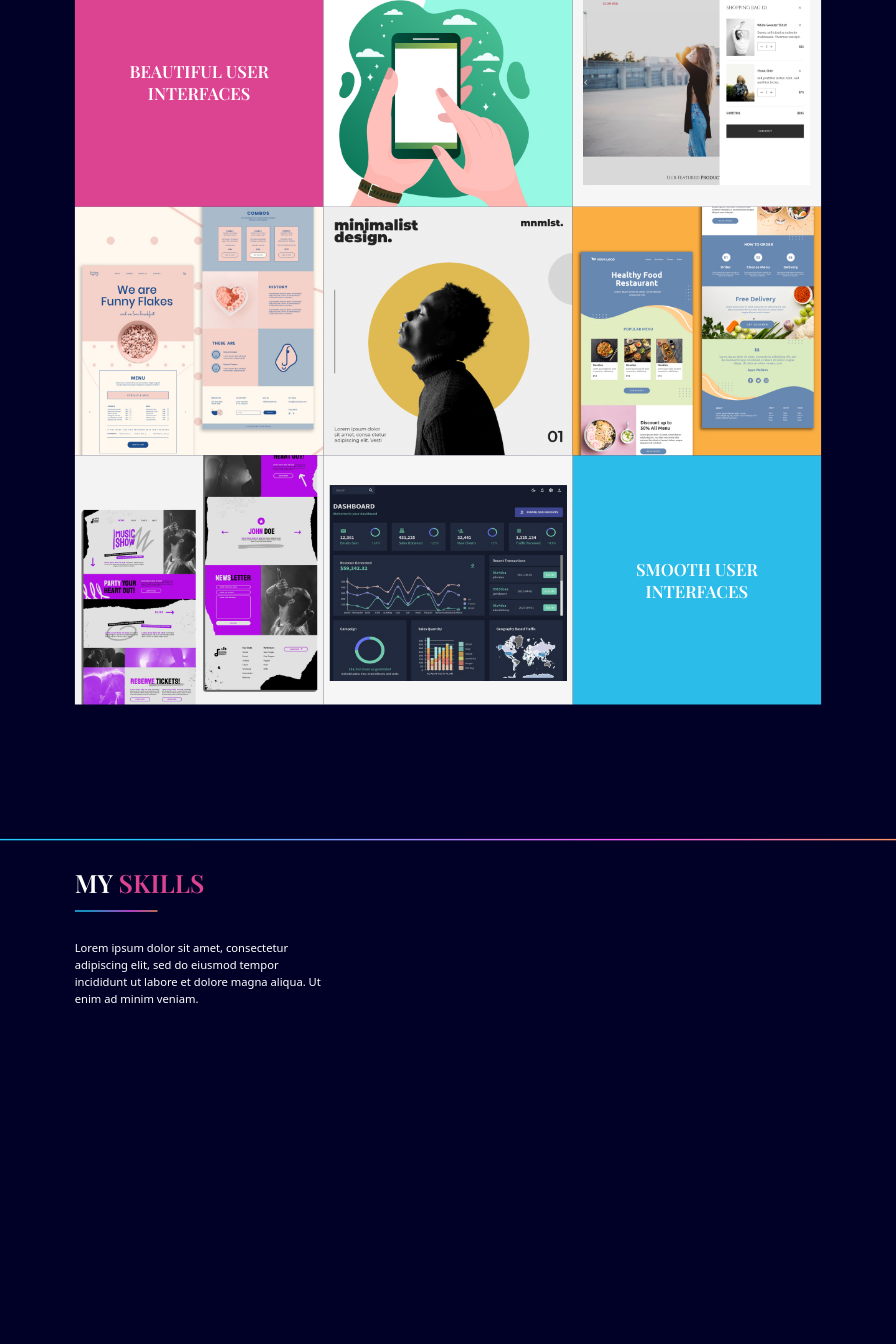
Repository: thibaultNicolas/portfolio-react
Page: /
An editor plug-in stored every save of this project. The page is shown before and after a run of saves, followed by the edit.
The browser window is 1280 px wide. The pictures show the part of the page from y = 2039 to 3959 px (the page is 3959 px tall), at 70% of full size.
The project was rebuilt for these pictures with package versions that can differ from the ones it lists, and the page was loaded fresh each time. Also part of the build but not shown: next.config.ts.

Above is the page before, as saved 2023-01-08 11:58:09.

### public/index.html
<!DOCTYPE html>
<html lang="en">

<head>
  <meta charset="utf-8" />
  <link rel="icon" href="%PUBLIC_URL%/favicon.ico" />
  <meta name="viewport" content="width=device-width, initial-scale=1" />
  <meta name="theme-color" content="#000000" />
  <meta name="description" content="Web site created using create-react-app" />
  <link rel="apple-touch-icon" href="%PUBLIC_URL%/logo192.png" />
  <!--
      manifest.json provides metadata used when your web app is installed on a
      user's mobile device or desktop. See https://developers.google.com/web/fundamentals/web-app-manifest/
    -->
  <link rel="manifest" href="%PUBLIC_URL%/manifest.json" />
  <!--
      Notice the use of %PUBLIC_URL% in the tags above.
      It will be replaced with the URL of the `public` folder during the build.
      Only files inside the `public` folder can be referenced from the HTML.

      Unlike "/favicon.ico" or "favicon.ico", "%PUBLIC_URL%/favicon.ico" will
      work correctly both with client-side routing and a non-root public URL.
      Learn how to configure a non-root public URL by running `npm run build`.
    -->
  <title>React App</title>
  <link href="/public/output.css" rel="stylesheet">
</head>

<body>
  <noscript>You need to enable JavaScript to run this app.</noscript>
  <div id="root"></div>
  <!--
      This HTML file is a template.
      If you open it directly in the browser, you will see an empty page.

      You can add webfonts, meta tags, or analytics to this file.
      The build step will place the bundled scripts into the <body> tag.

      To begin the development, run `npm start` or `yarn start`.
      To create a production bundle, use `npm run build` or `yarn build`.
    -->
</body>

</html>

### src/index.css
@import url('https://fonts.googleapis.com/css2?family=Open+Sans:wght@400;600&family=Playfair+Display:wght@400;600&display=swap');

@tailwind base;
@tailwind components;
@tailwind utilities;

html,
body,
#root,
.app{
    height: 100%;
    background-color: #010026;
    @apply text-white;
}

### src/scenes/Navbar.jsx
import { useState } from 'react';
import AnchorLink from 'react-anchor-link-smooth-scroll';
import useMediaQuery from '../hooks/useMediaQuery';

const Link = ({ page, selectedPage, setSelectedPage }) => {
    const lowerCasePage = page.toLowerCase();
    return (
        <AnchorLink
            className={`${selectedPage === lowerCasePage ? 'text-yellow' : ''}
            hover:text-yellow transition duration-500`}
            href={`#${lowerCasePage}`}
            onClick={() => setSelectedPage(lowerCasePage)}
        >
            {page}
        </AnchorLink>
    );
};

const Navbar = ({ isTopOfPage, selectedPage, setSelectedPage }) => {
    const [isMenuToggled, setIsMenuToggled] = useState(false);
    const isAboveSmallScreens = useMediaQuery('(min-width:768px)');
    const navbarBackground = isTopOfPage ? "" : "bg-red";

    return (
        <nav className={`${navbarBackground} z-40 w-full fixed top-0 py-6`}>
            <div className="flex items-center justify-between mx-auto w-5/6">
                <h4 className="font-playfair text-3xl font-bold">NT</h4>

                {/* DESKTOP NAV */}
                {isAboveSmallScreens ? (
                    <div className="flex justify-between gap-16 font-openSans txt-sm font-semibold">
                        <Link
                            page="Home"
                            selectedPage={selectedPage}
                            setSelectedPage={setSelectedPage}
                        />
                        <Link
                            page="Skills"
                            selectedPage={selectedPage}
                            setSelectedPage={setSelectedPage}
                        />
                        <Link
                            page="Projects"
                            selectedPage={selectedPage}
                            setSelectedPage={setSelectedPage}
                        />
                        <Link
                            page="Testimonials"
                            selectedPage={selectedPage}
                            setSelectedPage={setSelectedPage}
                        />
                        <Link
                            page="Contact"
                            selectedPage={selectedPage}
                            setSelectedPage={setSelectedPage}
                        />
                    </div>
                ) : (
                    <button
                        className="rounded-full bg-red p-2"
                        onClick={() => setIsMenuToggled(!isMenuToggled)}
                    >
                        <img src="../assets/menu-icon.svg" alt="menu-icon" />
                    </button>
                )}

                {/* MOBILE MENU POPUP */}
                {!isAboveSmallScreens && isMenuToggled && (
                    <div className="fixed right-0 bottom-0 h-full bg-blue w-[300px]">
                        {/* CLOSE ICON */}
                        <div className="flex justify-end p-12">
                            <button
                                onClick={() => setIsMenuToggled(!isMenuToggled)}
                            >
                                <img
                                    src="../assets/close-icon.svg"
                                    alt="close-icon"
                                />
                            </button>
                        </div>
                        {/* MENU ITEMS */}
                        <div className="flex flex-col gap-10 ml-[33%] text-2xl text-deep-blue">
                            <Link
                                page="Home"
                                selectedPage={selectedPage}
                                setSelectedPage={setSelectedPage}
                            />
                            <Link
                                page="Skills"
                                selectedPage={selectedPage}
                                setSelectedPage={setSelectedPage}
                            />
                            <Link
                                page="Projects"
                                selectedPage={selectedPage}
                                setSelectedPage={setSelectedPage}
                            />
                            <Link
                                page="Testimonials"
                                selectedPage={selectedPage}
                                setSelectedPage={setSelectedPage}
                            />
                            <Link
                                page="Contact"
                                selectedPage={selectedPage}
                                setSelectedPage={setSelectedPage}
                            />
                        </div>
                    </div>
                )}
            </div>
        </nav>
    );
};

export default Navbar;

### src/scenes/DotGroup.jsx
import AnchorLink from 'react-anchor-link-smooth-scroll';
const DotGroup = ({ selectedPage, setSelectedPage }) => {
    const selectedStyles = `relative bg-yellow before:absolute before:w-6 before:h-6
    before:rounded-full before:border-2 before:border-yellow before:left-[-50%]
    before:top-[-50%]`;
    return (
        <div className="flex flex-col gap-6 fixed top-[60%] right-7">
            <AnchorLink
                className={`${selectedPage === 'home' ? selectedStyles : 'bg-dark-grey'}
            w-3 h-3 rounded-full`}
                href="#home"
                onClick={() => setSelectedPage('home')}
            />
            <AnchorLink
                className={`${selectedPage === 'skills' ? selectedStyles : 'bg-dark-grey'}
            w-3 h-3 rounded-full`}
                href="#skills"
                onClick={() => setSelectedPage('skills')}
            />
            <AnchorLink
                className={`${selectedPage === 'projects' ? selectedStyles : 'bg-dark-grey'}
            w-3 h-3 rounded-full`}
                href="#projects"
                onClick={() => setSelectedPage('projects')}
            />
            <AnchorLink
                className={`${selectedPage === 'testimonials' ? selectedStyles : 'bg-dark-grey'}
            w-3 h-3 rounded-full`}
                href="#testimonials"
                onClick={() => setSelectedPage('testimonials')}
            />
            <AnchorLink
                className={`${selectedPage === 'contact' ? selectedStyles : 'bg-dark-grey'}
            w-3 h-3 rounded-full`}
                href="#contact"
                onClick={() => setSelectedPage('contact')}
            />
        </div>
    );
};
export default DotGroup;

### src/scenes/Landing.jsx
import SocialMediaIcons from '../components/SocialMediaIcons';
import useMediaQuery from '../hooks/useMediaQuery';
import { motion } from 'framer-motion';
import AnchorLink from 'react-anchor-link-smooth-scroll';

const Landing = ({ setSelectedPage }) => {
    const isAboveMediumScreens = useMediaQuery('(min-width:1060px)');

    return (
        <section
            id="home"
            className="md:flex md:justify-between md:items-center md:h-full gap-16 py-10"
        >
            {/* IMAGE SECTION */}
            <div className="md:order-2 flex justify-center basis-3/5 z-10 mt-16 md:mt-32">
                {isAboveMediumScreens ? (
                    <div className="relative z-0 ml-20 before:absolute before:-top-20 before:-left-20 before:rounded-t-[400px] before:w-full before:max-w-[400px] before:h-full before:border-2 before:border-blue before:z-[-1]">
                        <img
                            src="assets/profile-image.png"
                            alt="profile"
                            className="hover:filter hover:saturate-200 transition duration-500 z-10 w-full max-w-[400px] md:max-w-[600px]"
                        />
                    </div>
                ) : (
                    <img
                        src="assets/profile-image.png"
                        alt="profile"
                        className="hover:filter hover:saturate-200 transition duration-500 z-10 w-full max-w-[400px] md:max-w-[600px]"
                    />
                )}
            </div>

            {/* MAIN SECTION */}
            <div className="z-30 basis-2/5 mt-12 md:mt-32">
                {/* HEADING SECTION */}
                <motion.div
                    initial="hidden"
                    whileInView="visible"
                    viewport={{ once: true, amount: 0.5 }}
                    transition={{ duration: 0.5 }}
                    variants={{
                        hidden: { opacity: 0, x: -50 },
                        visible: { opacity: 1, x: 0 },
                    }}
                >
                    <p className="text-6xl font-playfair z-10 text-center md:text-start">
                        Nicolas {''}
                        <span
                            className="xs:relative xs:text-deep-blue xs:font-semibold z-20
                        xs:before:content-brush before:absolute before:-left-[25px] before:-top-[70px] before:z-[-1]
                        "
                        >
                            Thibault
                        </span>
                    </p>
                    <p className="mt-10 mb-7 text-sm text-center md:text-start">
                        Lorem ipsum dolor sit amet, consectetur adipiscing elit,
                        sed do eiusmod tempor incididunt ut labore et dolore
                        magna aliqua. Ut enim ad minim veniam.
                    </p>
                </motion.div>

                {/* CALL TO ACTION */}
                <motion.div
                    className="flex mt-5 justify-center md:justify-start"
                    initial="hidden"
                    whileInView="visible"
                    viewport={{ once: true, amount: 0.5 }}
                    transition={{ delay: 0.2, duration: 0.5 }}
                    variants={{
                        hidden: { opacity: 0, x: -50 },
                        visible: { opacity: 1, x: 0 },
                    }}
                >
                    <AnchorLink
                        className="bg-gradient-rainblue txt-deep-blue rounded-sm py-3 px-7 font-semibold hover:bg-blue hover:text-white transition duration-500"
                        onClick={() => setSelectedPage('contact')}
                        href="#contact"
                    >
                        Contact Me
                    </AnchorLink>

                    <AnchorLink
                        className="rounded-r-sm bg-gradient-rainblue py-0.5 pr-0.5"
                        onClick={() => setSelectedPage('contact')}
                        href="#contact"
                    >
                        <div className="bg-deep-blue hover:text-red transition duration-500 w-full h-full flex items-center justify-center font-playfair px-10">
                            Let's talk.
                        </div>
                    </AnchorLink>
                </motion.div>

                <motion.div
                    className="flex mt-5 justify-center md:justify-start"
                    initial="hidden"
                    whileInView="visible"
                    viewport={{ once: true, amount: 0.5 }}
                    transition={{ delay: 0.4, duration: 0.5 }}
                    variants={{
                        hidden: { opacity: 0, x: -50 },
                        visible: { opacity: 1, x: 0 },
                    }}
                >
                    <SocialMediaIcons />
                </motion.div>
            </div>
        </section>
    );
};
export default Landing;

### src/scenes/Projects.jsx
import LineGradient from '../components/LineGradient';
import useMediaQuery from '../hooks/useMediaQuery';
import { motion } from 'framer-motion';

const container = {
    hidden: {},
    visible: {
        transition: { staggerChildren: 0.2 },
    },
};

const projectVariant = {
    hidden: { opacity: 0, scale: 0.8 },
    visible: { opacity: 1, scale: 1 },
};

const Project = ({ title }) => {
    const projectTitle = title.split(' ').join('-').toLowerCase();
    const overlayStyles = `absolute h-full w-full opacity-0 hover:opacity-90 transition duration-500 bg-grey z-30 flex flex-col justify-center items-center text-center p-16 text-deep-blue`;

    return (
        <motion.div variants={projectVariant} className="relative">
            <div className={overlayStyles}>
                <p className="text-2xl font-playfair">{title}</p>
                <p className="mt-7">
                    Lorem ipsum dolor sit amet, consectetur adipiscing elit, sed
                    do eiusmod tempor incididunt ut labore et dolore magna
                    aliqua. Ut enim ad minim veniam.
                </p>
            </div>
            <img src={`../assets/${projectTitle}.jpeg`} alt={projectTitle} />
        </motion.div>
    );
};

const Projects = () => {
    const isAboveMediumScreens = useMediaQuery('(min-width:1060px)');

    return (
        <section id="projects" className="pt-48 pb-48">
            {/* HEADINGS */}
            <div className="md:flex md:justify-between md:gap-16 mt-32">
                <motion.div
                    className="md:w-2/5 mx-auto text-center"
                    initial="hidden"
                    whileInView="visible"
                    viewport={{ once: true, amount: 0.5 }}
                    transition={{ duration: 0.5 }}
                    variants={{
                        hidden: { opacity: 0, x: -50 },
                        visible: { opacity: 1, x: 0 },
                    }}
                >
                    <div>
                        <p className="font-playfair font-semibold text-4xl">
                            MY <span className="text-red">PRO</span>JECTS
                        </p>
                        <div className="flex justify-center mt-5">
                            <LineGradient width="w-1/3" />
                        </div>
                    </div>

                    <p className="mt-10 mb-10">
                        Lorem ipsum dolor sit amet, consectetur adipiscing elit,
                        sed do eiusmod tempor incididunt ut labore et dolore
                        magna aliqua. Ut enim ad minim veniam.
                    </p>
                </motion.div>
            </div>
            {/* PROJECTS */}
            <div className="flex justify-center">
                <motion.div
                    className="sm:grid sm:grid-cols-2 md:grid-cols-3"
                    initial="hidden"
                    whileInView="visible"
                    viewport={{ once: true, amount: 0.5 }}
                    variants={container}
                >
                    {/* ROW 1 */}
                    <div className="flex justify-center text-center items-center p-10 bg-red max-w-[400px] max-h-[400px] text-2xl font-playfair font-semibold">
                        BEAUTIFUL USER INTERFACES
                    </div>

                    <Project title="Project 1" />
                    <Project title="Project 2" />

                    {/* ROW 2 */}
                    <Project title="Project 3" />
                    <Project title="Project 4" />
                    <Project title="Project 5" />

                    {/* ROW 3 */}
                    <Project title="Project 6" />
                    <Project title="Project 7" />

                    <div className="flex justify-center text-center items-center p-10 bg-blue max-w-[400px] max-h-[400px] text-2xl font-playfair font-semibold">
                        SMOOTH USER INTERFACES
                    </div>
                </motion.div>
            </div>
        </section>
    );
};
export default Projects;

### src/scenes/Testimonials.jsx
import LineGradient from '../components/LineGradient';
import useMediaQuery from '../hooks/useMediaQuery';
import { motion } from 'framer-motion';

const Testimonials = () => {
    const testimonialsStyles = `mx-auto relative max-w-[400px] h-[350px] flex flex-col justify-end pt-16 ,t-48 before:absolute before:top-[-120px] before:-ml-[110px] before:left-1/2`;

    return (
        <section id="testimonials" className="pt-10 pb-24">
            {/* HEADING */}

                <motion.div
                    className="md:w-1/3 text-center md:text-left"
                    initial="hidden"
                    whileInView="visible"
                    viewport={{ once: true, amount: 0.5 }}
                    transition={{ duration: 0.5 }}
                    variants={{
                        hidden: { opacity: 0, x: -50 },
                        visible: { opacity: 1, x: 0 },
                    }}
                >
                    <p className="font-playfair font-semibold text-4xl mb-5">
                        MY <span className="text-red">SKILLS</span>
                    </p>
                    <LineGradient width="w-1/3" />
                    <p className="mt-10 mb-7">
                        Lorem ipsum dolor sit amet, consectetur adipiscing elit,
                        sed do eiusmod tempor incididunt ut labore et dolore
                        magna aliqua. Ut enim ad minim veniam.
                    </p>

                </motion.div>
        </section>
    );
};
export default Testimonials;

### src/components/LineGradient.jsx
const LineGradient = ({ width = 'w-full' }) => {
    return (
        <div className={`h-0.5 ${width} bg-gradient-rainblue`}>

        </div>
    )
};

export default LineGradient;

### src/hooks/useMediaQuery.jsx
import { useState, useEffect } from 'react';

const useMediaQuery = (query) => {
    const [matches, setMatches] = useState(false);

    useEffect(() => {
        const media = window.matchMedia(query);
        if (media.matches !== matches) {
            setMatches(media.matches);
        }
        const listener = () => setMatches(media.matches);
        window.addEventListener('resize', listener);
        return () => window.removeEventListener('resize', listener);
    }, [matches, query]);

    return matches;
};

export default useMediaQuery;

### src/components/SocialMediaIcons.jsx

const SocialMediaIcons = () =>{
    return (
        <div className="flex justify-center md:justify-start my-10 gap-7">
            <a
            className="hover:opacity-50 transition duration-500"
            href="https://www.linkedin.com/in/nicolas-thibault-6652b9194/"
            target="_blank"
            rel="noreferrer">
                <img src="../assets/linkedin.png" alt="linkedin-link" />
            </a>
            <a
            className="hover:opacity-50 transition duration-500"
            href="https://www.facebook.com/nicolas.thibault3/"
            target="_blank"
            rel="noreferrer">
                <img src="../assets/facebook.png" alt="facebook-link" />
            </a>
            <a
            className="hover:opacity-50 transition duration-500"
            href="https://www.instagram.com/nicolasthibault_/"
            target="_blank"
            rel="noreferrer">
                <img src="../assets/instagram.png" alt="instagram-link" />
            </a>
        </div>
    )
}
export default SocialMediaIcons;

Loaded but not shown: src/index.js (common file); src/App.js (53 lines, source omitted); tailwind.config.js (41 lines, source omitted); public/output.css (740 lines, source omitted); src/scenes/MySkills.jsx (144 lines, source omitted)

After the next 2 saves:
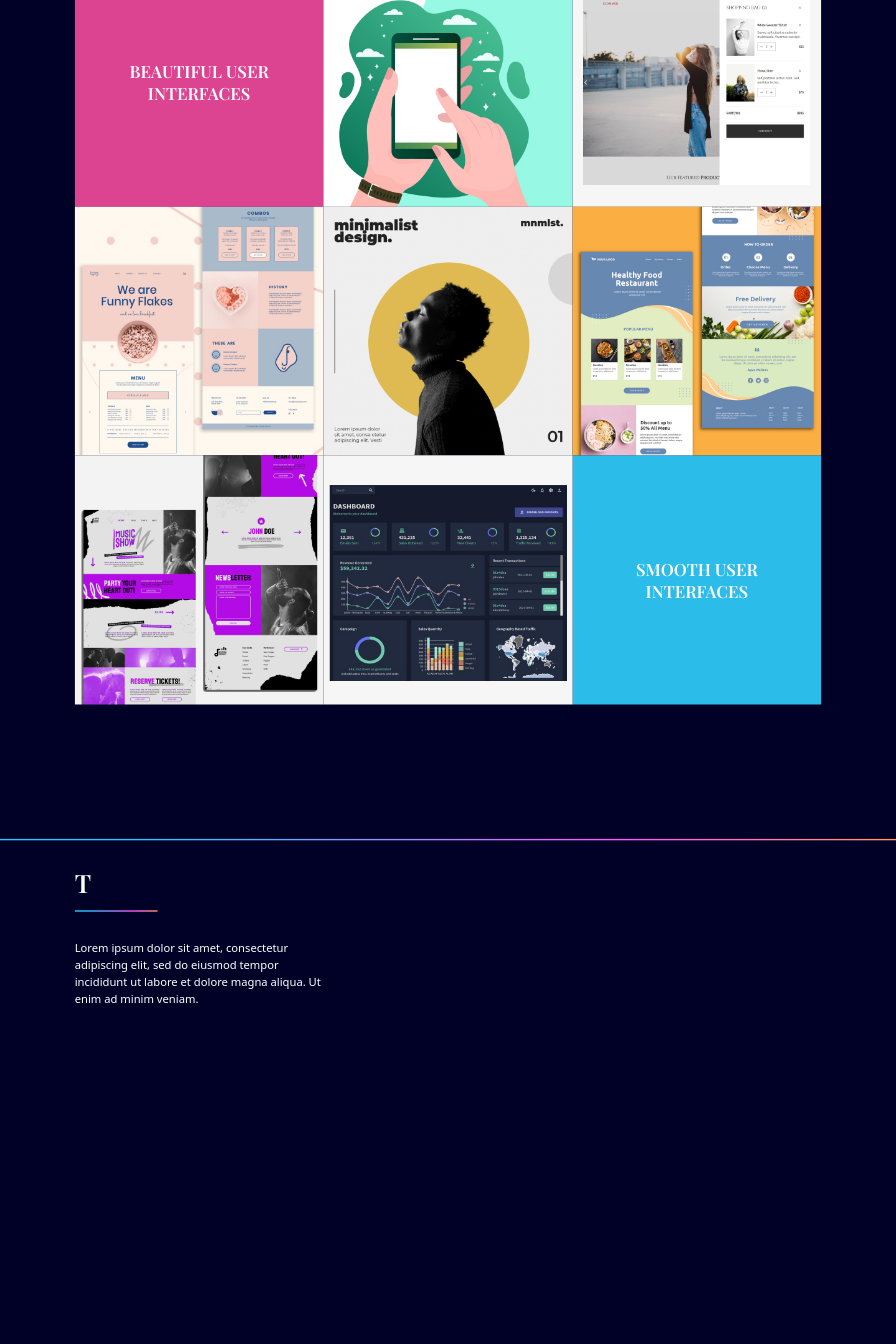
The 2 saves are shown as one change because they came seconds apart.
The last was saved 8 s later.
--- a/src/scenes/Testimonials.jsx
+++ b/src/scenes/Testimonials.jsx
@@ -21,7 +21,7 @@ const Testimonials = () => {
                     }}
                 >
                     <p className="font-playfair font-semibold text-4xl mb-5">
-                        MY <span className="text-red">SKILLS</span>
+                        T
                     </p>
                     <LineGradient width="w-1/3" />
                     <p className="mt-10 mb-7">
